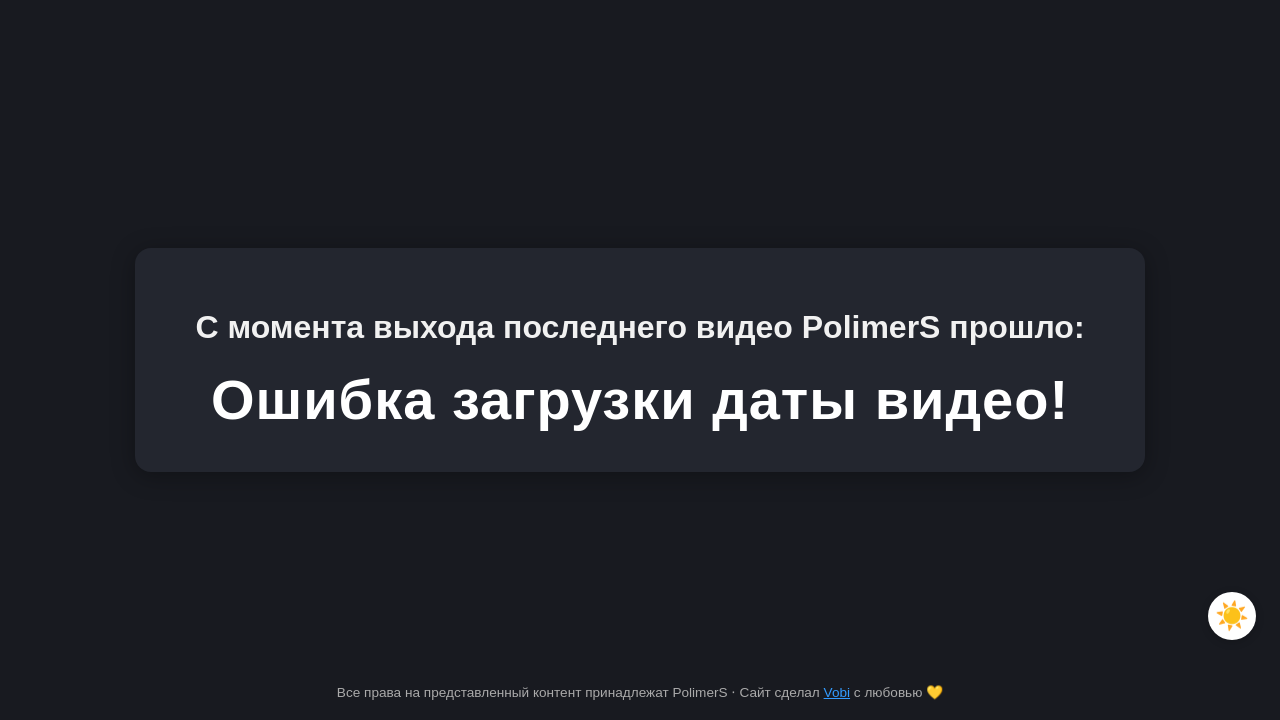
Repository: oncube-dev/OnCube-dev_website
Page: files_for_hosting/html_plus_js.version/index.html
These files come from the project's save history. The page is drawn as it stood at one moment and after the next save; the edit follows.
The browser window is 1280 px wide. The pictures show the whole page.
The page's requests for data from a server got no answer.

Above is the page before, as saved 2025-07-18 12:18:40.

### files_for_hosting/html_plus_js.version/index.html
<!DOCTYPE html>
<html lang="ru">
<head>
    <meta charset="UTF-8">
    <title>Платон, когда видео?</title>
    <link rel="stylesheet" href="style.css">
    <style>
        body { transition: background 0.2s, color 0.2s; }
    </style>
</head>
<body>
    <div class="timer-container">
        <h1>С момента выхода последнего видео PolimerS прошло:</h1>
        <div id="timer">Загрузка...</div>
    </div>
    <button id="theme-toggle" class="theme-toggle-btn" title="Переключить тему">🌙</button>
    <footer class="footer-note">
        Все права на представленный контент принадлежат PolimerS ⋅ Сайт сделал <a href="https://vobi.bio.link/" target="_blank" style="text-decoration:underline;">Vobi</a> с любовью 💛
    </footer>
    <script>
        const API_KEY = 'AIzaSyD_5JR2KFtfjfmsiwnueCyyJkvWOh__aOI';
        const CHANNEL_ID = 'UCw5p2r6U6zsz5Wb1r0hU1xA';

        let startDate = null;

        async function fetchLastVideoDate() {
            try {
                const apiUrl = `https://www.googleapis.com/youtube/v3/search?key=${API_KEY}&channelId=${CHANNEL_ID}&part=snippet,id&order=date&maxResults=1`;
                const response = await fetch(apiUrl);
                if (!response.ok) throw new Error('Ошибка запроса к YouTube API');
                const data = await response.json();
                const video = data.items && data.items[0];
                if (video && video.snippet && video.snippet.publishedAt) {
                    startDate = new Date(video.snippet.publishedAt);
                } else {
                    throw new Error('Не удалось получить дату видео');
                }
            } catch (e) {
                document.getElementById('timer').textContent = 'Ошибка загрузки даты видео!';
                console.error(e);
            }
        }


        function updateTimer() {
            if (!startDate) return;
            const now = new Date();
            let diff = now - startDate;
            if (diff < 0) diff = 0;
            let seconds = Math.floor(diff / 1000);
            const days = Math.floor(seconds / (24 * 3600));
            seconds %= 24 * 3600;
            const hours = Math.floor(seconds / 3600);
            seconds %= 3600;
            const minutes = Math.floor(seconds / 60);
            seconds %= 60;
            function plural(n, one, two, five) {
                n = Math.abs(n) % 100;
                let n1 = n % 10;
                if (n > 10 && n < 20) return five;
                if (n1 > 1 && n1 < 5) return two;
                if (n1 == 1) return one;
                return five;
            }
            const daysText = plural(days, 'день', 'дня', 'дней');
            const hoursText = plural(hours, 'час', 'часа', 'часов');
            const minutesText = plural(minutes, 'минута', 'минуты', 'минут');
            const secondsText = plural(seconds, 'секунда', 'секунды', 'секунд');
            document.getElementById('timer').textContent = `${days} ${daysText} ${hours} ${hoursText} ${minutes} ${minutesText} ${seconds} ${secondsText}`;
        }

        async function initTimer() {
            document.getElementById('timer').textContent = 'Загрузка даты видео...';
            await fetchLastVideoDate();
            if (startDate) {
                updateTimer();
                setInterval(updateTimer, 1000);
            }
        }
        initTimer();

        const toggleBtn = document.getElementById('theme-toggle');
        const darkClass = 'dark-theme';
        let themePref = localStorage.getItem('theme');
        let isDark = themePref === null ? true : themePref === 'dark';
        setTheme(isDark);
        toggleBtn.onclick = () => {
            isDark = !isDark;
            setTheme(isDark);
            localStorage.setItem('theme', isDark ? 'dark' : 'light');
        };
        function setTheme(isDark) {
            if (isDark) {
                document.body.classList.add(darkClass);
                toggleBtn.textContent = '☀️';
            } else {
                document.body.classList.remove(darkClass);
                toggleBtn.textContent = '🌙';
            }
        }
    </script>
</body>
</html>

### files_for_hosting/html_plus_js.version/style.css
body {
    background: #181a20;
    color: #f1f1f1;
    font-family: Arial, sans-serif;
    margin: 0;
    padding: 0;
    height: 100vh;
    display: flex;
    align-items: center;
    justify-content: center;
}

.timer-container {
    background: #23262f;
    padding: 40px 60px;
    border-radius: 16px;
    box-shadow: 0 4px 24px rgba(0,0,0,0.32);
    text-align: center;
    color: #f1f1f1;
}

.timer-container h1 {
    font-size: 2rem;
    font-weight: bold;
    color: #f1f1f1;
}

#timer {
    font-size: 3.5rem;
    font-weight: bold;
    margin-top: 8px;
    color: #111;
    letter-spacing: 1px;
}

.footer-note {
    font-size: 0.85rem;
    color: #aaa;
    text-align: center;
    position: fixed;
    left: 0;
    width: 100vw;
    bottom: 20px;
    margin: 0;
    z-index: 100;
    box-sizing: border-box;
}

.footer-note a {
    color: #339cff;
    text-decoration: underline;
}

.theme-toggle-btn {
    position: fixed;
    right: 24px;
    bottom: 80px;
    z-index: 200;
    background: #23262f;
    color: #ffe066;
    border: none;
    border-radius: 50%;
    width: 48px;
    height: 48px;
    font-size: 1.7rem;
    cursor: pointer;
    box-shadow: 0 2px 8px rgba(0,0,0,0.18);
    transition: background 0.2s, color 0.2s;
}
.theme-toggle-btn:hover {
    background: #ffe066;
    color: #23262f;
}

body {
    background: #f5f5f5;
    color: #23262f;
}
.timer-container {
    background: #fff;
    color: #23262f;
    box-shadow: 0 4px 24px rgba(0,0,0,0.08);
}
.timer-container h1 {
    color: #23262f;
}
#timer {
    color: #111;
}
.footer-note {
    color: #888;
}
.footer-note a {
    color: #1976d2;
}

body.dark-theme {
    background: #181a20;
    color: #f1f1f1;
}
.dark-theme .timer-container {
    background: #23262f;
    color: #f1f1f1;
    box-shadow: 0 4px 24px rgba(0,0,0,0.32);
}
.dark-theme .timer-container h1 {
    color: #f1f1f1;
}
.dark-theme #timer {
    color: #fff;
}
.dark-theme .footer-note {
    color: #aaa;
}
.dark-theme .footer-note a {
    color: #339cff;
}
.dark-theme .theme-toggle-btn {
    background: #fff;
    color: #23262f;
}
.dark-theme .theme-toggle-btn:hover {
    background: #23262f;
    color: #ffe066;
}

After the next save:
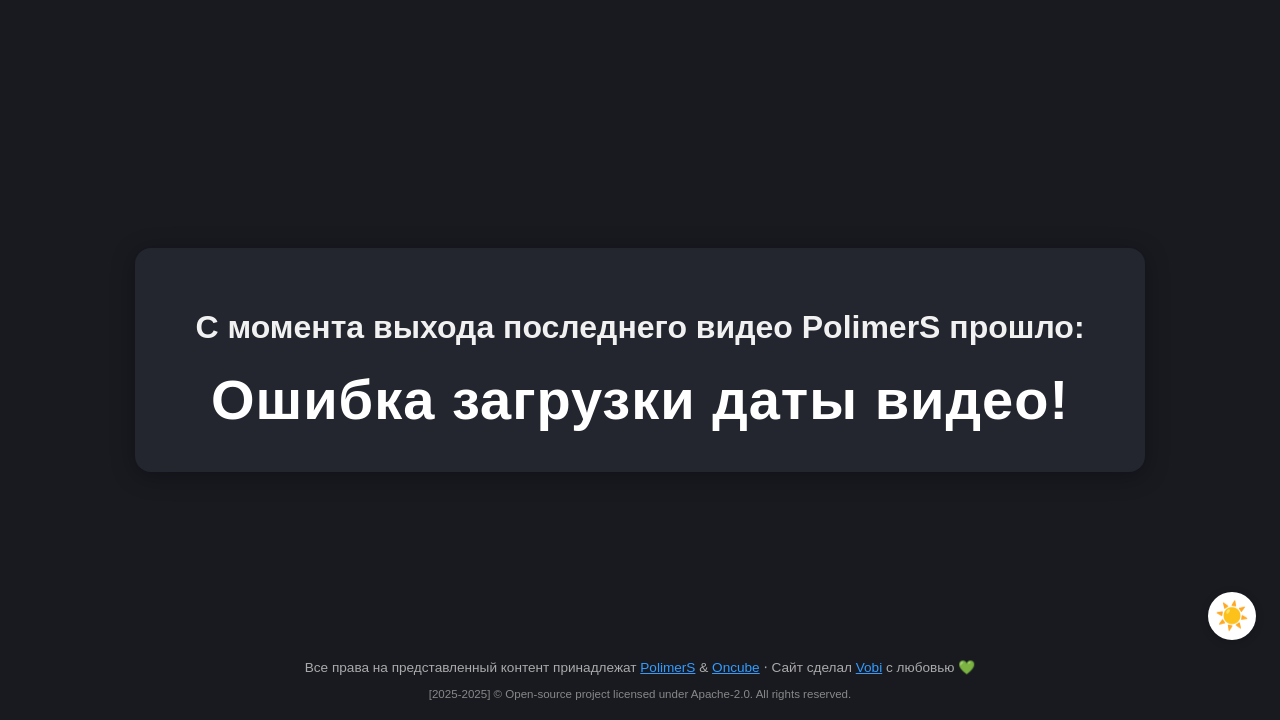
Saved 10 days later.
--- a/files_for_hosting/html_plus_js.version/index.html
+++ b/files_for_hosting/html_plus_js.version/index.html
@@ -2,7 +2,7 @@
 <html lang="ru">
 <head>
     <meta charset="UTF-8">
-    <title>Платон, когда видео?</title>
+    <title>Полимер, когда видео?</title>
     <link rel="stylesheet" href="style.css">
     <style>
         body { transition: background 0.2s, color 0.2s; }
@@ -15,11 +15,15 @@
     </div>
     <button id="theme-toggle" class="theme-toggle-btn" title="Переключить тему">🌙</button>
     <footer class="footer-note">
-        Все права на представленный контент принадлежат PolimerS ⋅ Сайт сделал <a href="https://vobi.bio.link/" target="_blank" style="text-decoration:underline;">Vobi</a> с любовью 💛
+        Все права на представленный контент принадлежат <a href="https://www.youtube.com/@PolimerS" target="_blank" style="text-decoration:underline;">PolimerS</a> & <a href="https://github.com/oncube-dev" target="_blank" style="text-decoration:underline;">Oncube</a> ⋅ Сайт сделал <a href="https://vobi.bio.link/" target="_blank" style="text-decoration:underline;">Vobi</a> с любовью 💚
+        </div>
+        <div style="font-size:0.85em; color:#888; margin-top:13px;">
+            [2025-2025] © Open-source project licensed under Apache-2.0. All rights reserved.
+        </div>
     </footer>
     <script>
         const API_KEY = 'AIzaSyD_5JR2KFtfjfmsiwnueCyyJkvWOh__aOI';
-        const CHANNEL_ID = 'UCw5p2r6U6zsz5Wb1r0hU1xA';
+        const CHANNEL_ID = 'UCACwRQLU0Bq5yxijfnBPRfQ';
 
         let startDate = null;
 
